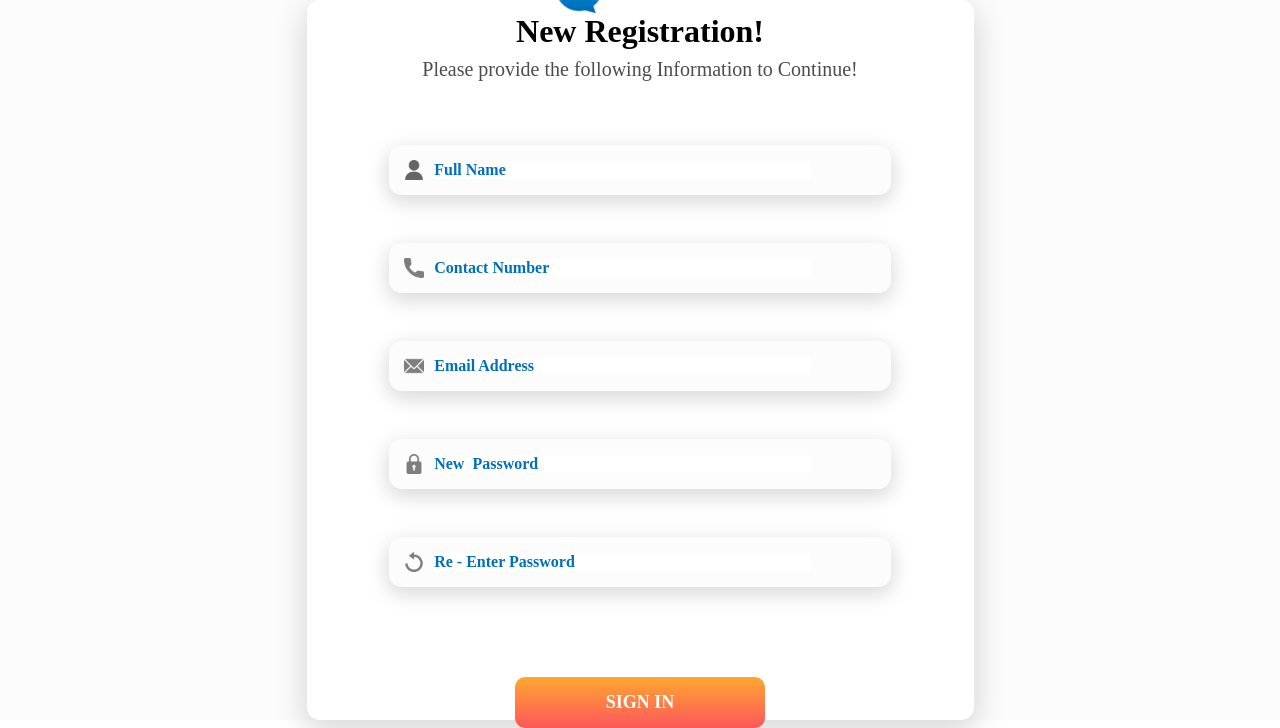
Repository: FlyweisReact/Money-Chat
Page: /register
The author's editor kept a copy of each file at every save. The page is drawn from the files as they stood at one save, then again after the next save.
The browser window is 1280 px wide. The pictures show the whole page.
The project was rebuilt for these pictures with package versions that can differ from the ones it lists, and the page was loaded fresh each time. Also part of the build but not shown: src/forms/Login.jsx.

Above is the page before, as saved 2023-11-29 14:50:00.

### src/index.js
import React from "react";
import ReactDOM from "react-dom/client";
import "./index.css";
import App from "./App";
import { BrowserRouter } from "react-router-dom";
import 'bootstrap/dist/css/bootstrap.min.css'
// Commit Changes
const root = ReactDOM.createRoot(document.getElementById("root"));
root.render(
  <React.StrictMode>
    <BrowserRouter>
      <App />
    </BrowserRouter>
  </React.StrictMode>
);

### src/index.css
/** @format */

@tailwind base;
@tailwind components;
@tailwind utilities;

body {
  margin: 0;
  font-family: Quicksand !important;
  -webkit-font-smoothing: antialiased;
  -moz-osx-font-smoothing: grayscale;
}

code {
  font-family: Quicksand !important;
}

html {
  font-family: Quicksand !important;
}

::-webkit-scrollbar {
  width: 10px;
}
.fa-trash {
  color: red;
  cursor: pointer;
}

.iCOn {
  transition: 0.5s;
  box-shadow: none;
  transform: scale(1);
}
.cardDiv {
  cursor: pointer;
  width: 350px;
}
.CardDiv_Container {
  display: flex;
  flex-wrap: wrap;
  justify-content: center;
}

.cardDiv:hover .iCOn {
  box-shadow: rgba(0, 0, 0, 0.35) 0px 5px 15px;
  transform: scale(1.3);
}

/* Track */
::-webkit-scrollbar-track {
  background: #f1f1f1;
}

/* Handle */
::-webkit-scrollbar-thumb {
  background: #888;
}

/* Handle on hover */
::-webkit-scrollbar-thumb:hover {
  background: #555;
}
.profileImage {
  width: 100px;
}
.fa-eye {
  color: #029aff;
  cursor: pointer;
}
.fa-edit {
  cursor: pointer;
  color: blue;
}

.View {
  border: 1px solid black;
  width: 100%;
  padding: 10px;
}

.main-card--container {
  display: grid;
  grid-template-columns: repeat(3, minmax(300px, 500px));
  grid-gap: 50px;
  justify-content: space-around;
}
.card-container {
  margin: 25px 0 auto;
  box-shadow: rgba(0, 0, 0, 0.35) 0px 5px 15px;
  position: relative;
  display: grid;
  grid-template-columns: 1fr;
  justify-content: space-around;
  align-items: flex-start;
}

.myEdit:focus {
  box-shadow: rgba(0, 0, 0, 0.35) 0px 5px 15px;
}

.AstroLogin {
  color: #fff;
  background-color: #2b7a8e;
  padding: 10px;
  width: 380px;
  text-align: center;
  font-size: 20px;
  background: linear-gradient(to left, #2b7a8e 50%, #fff 50%) right;
  background-size: 200%;
  transition: 0.5s ease-out;
  border: 1px solid #2b7a8e;
  margin-top: 10px;
  text-transform: uppercase;
}
.AstroLogin:hover {
  background-position: left;
  color: #2b7a8e;
}

.EcommerceAdminLogin {
  color: #fff;
  background-color: #0c0c0c;
  padding: 10px;
  width: 380px;
  text-align: center;
  font-size: 20px;
  background: linear-gradient(to left, #0c0c0c 50%, #fff 50%) right;
  background-size: 200%;
  transition: 0.5s ease-out;
  border: 2px solid #0c0c0c;
  margin-top: 10px;
  text-transform: uppercase;
}

.EcommerceAdminLogin:hover {
  background-position: left;
  color: #0c0c0c;
  font-weight: bold;
}
.EcommerceVendorLogin {
  color: #fff;
  background-color: #576cbc;
  padding: 10px;
  width: 380px;
  text-align: center;
  font-size: 20px;
  background: linear-gradient(to left, #576cbc 50%, #fff 50%) right;
  background-size: 200%;
  transition: 0.5s ease-out;
  border: 1px solid #576cbc;
  margin-top: 10px;
  text-transform: uppercase;
}

.EcommerceVendorLogin:hover {
  background-position: left;
  color: #576cbc;
}

.view {
  background-color: #2196f3;
  color: #fff;
  width: 50%;
  padding: 5px;
}

.two-sec {
  display: flex;
  justify-content: space-evenly;
  justify-content: space-evenly;
}
.two-sec .left {
  width: 60%;
  background-color: #f6f1ef;
  padding: 20px;
}
.two-sec .left .head {
  font-size: 25px;
  font-weight: bold;
}

.two-sec .right {
  width: 30%;
  background-color: #f6f1ef;
}

.searchDiv {
  width: 100%;
  display: flex;
  gap: 10px;
  border: 1px solid rgb(179, 179, 179);
  padding: 10px;
  margin-bottom: 20px;
  align-items: center;
}
.searchDiv input {
  width: 94%;
  outline: none;
  border: none;
}

.flexCont {
  display: flex;
  align-items: center;
  gap: 10px;
}
.flexCont img {
  width: 60px;
  background-color: #e9ecef;
}

.blockContent {
  display: block;
}
.blockContent p {
  margin: 0;
}

.checkBox {
  width: 50px;
  height: 25px;
  background-color: #e9ecef;
  border-radius: 50px;
  position: relative;
  cursor: pointer;
}
.checkBox span {
  width: 20px;
  height: 20px;
  border-radius: 100%;
  background-color: #fff;
  position: absolute;
  left: 5px;
  top: 2px;
}
.ActivecheckBox {
  width: 50px;
  height: 25px;
  background-color: #0d6efd;
  border-radius: 50px;
  position: relative;
  cursor: pointer;
}
.ActivecheckBox span {
  width: 20px;
  height: 20px;
  border-radius: 100%;
  background-color: #fff;
  position: absolute;
  right: 5px;
  top: 2px;
}

.fa-eye {
  color: #0cba73;
  background-color: #d6f8e8;
  width: 35px;
  text-align: center;
  height: 35px;
  display: flex;
  border-radius: 100%;
  justify-content: center;
  padding-top: 10px;
  transition: 0.5s;
}

.fa-pen-to-square {
  color: #f4c39c;
  background-color: #ffebdb;
  width: 35px;
  text-align: center;
  height: 35px;
  display: flex;
  border-radius: 100%;
  justify-content: center;
  padding-top: 10px;
  cursor: pointer;
  transition: 0.5s;
}
.fa-trash {
  color: #df939f;
  background-color: #ffe1e8;
  width: 35px;
  text-align: center;
  height: 35px;
  display: flex;
  border-radius: 100%;
  justify-content: center;
  padding-top: 10px;
  cursor: pointer;
  transition: 0.5s;
}
.fa-trash:hover {
  transform: scale(1.2);
}
.fa-eye:hover {
  transform: scale(1.2);
}
.fa-pen-to-square:hover {
  transform: scale(1.2);
}
.required {
  color: #e74260;
}

.headP {
  /* font-weight: 600; */
  /* font-size: 25px; */
  color: #7b7c7d;
}
.filterBox {
  display: flex;
  align-items: center;
  gap: 10px;
  border-bottom: 1px solid #d4d7dc;
  padding-bottom: 20px;
  margin-bottom: 20px;
}
.filterBox img {
  width: 30px;
}
.filterBox input {
  width: 100%;
  border: 1px solid #d4d7dc;
  outline: none;
  padding: 5px;
  color: black;
  text-transform: capitalize;
}
.sectionCont {
  /* width: 98%; */
  background-color: #fff;
  /* margin-left: 2%; */
  padding: 20px;
}

.overFlowCont {
  width: 100%;
  overflow-x: auto;
}

.logo {
  width: 100px;
  margin-bottom: 20px;
}

.updateProfile {
  margin-left: 20px;
  border: 1px solid #fff;
  border-radius: 100%;
  font-size: 1.2rem;
  padding: 10px;
  transition: 0.5s;
  cursor: pointer;
}
.updateProfile:hover {
  border: 1px solid #19376d;
  color: #19376d;
  background-color: #fff;
}

.Normalbtn {
  background-color: #19376d !important;
  border: 1px solid #19376d !important;
  border-radius: 0px !important;
}

.ImageCarousel {
  width: 150px !important;
  margin: 0px !important;
  height: 150px !important;
}
.CarouselImages {
  width: 60px;
  height: auto;
}
.CarouselImages img {
  width: 100% !important;
  height: 100% !important;
}

.ModalCarousel {
  width: 100% !important;
  height: 500px !important;
}
.ModalCarousel {
  width: 100% !important;
  height: 500px !important;
}
.ModalCarousel img {
  width: 100% !important;
  height: 500px !important;
}

.gridCont {
  display: grid;
  grid-template-columns: auto auto auto;
  justify-content: space-evenly;
}
.gridCont div {
  width: 400px;
  height: 300px;
  box-shadow: rgba(0, 0, 0, 0.35) 0px 5px 15px;
  padding: 10px;
  position: relative;
  margin-top: 20px;
}
.gridCont div img {
  width: 100%;
}
.delete-Btn {
  width: 90%;
  margin-left: 2%;
  color: #c44b3f;
  border: 1px solid #c44b3f;
  position: absolute;
  bottom: 10px;
  transition: 0.5s;
  padding: 10px;
}

.delete-Btn:hover {
  background-color: #c44b3f;
  color: #fff;
}

.BannerCarousel {
  width: 300px;
  margin: 0px !important;
}
.BannerCarouselImage {
  width: 300px;
}
.BannerCarouselImage img {
  width: 100%;
}

.pagination {
  display: flex;
  justify-content: center;
  align-items: center;
  gap: 10px;
  margin-bottom: 20px;
}
.pagination button {
  border: 1px solid black;
  padding: 10px;
}

.activePage {
  background-color: #19376d;
  color: #fff;
  border: 1px solid #19376d !important;
}

.active {
  background-color: #fff;
  color: #19376d !important;
}
.prevBtn {
  background-color: #fff;
  color: #19376d;
  border: 1px solid #19376d !important;
  transition: 0.5s;
}

.prevBtn:hover,
.prevBtn:focus,
.prevBtn:active {
  background-color: #19376d;
  color: #fff;
  border: 1px solid #19376d !important;
}
.nextBtn {
  background-color: #fff;
  color: #19376d;
  border: 1px solid #19376d !important;
  transition: 0.5s;
}

.nextBtn:hover,
.nextBtn:focus,
.nextBtn:active {
  background-color: #19376d;
  color: #fff;
  border: 1px solid #19376d !important;
}

.dangerBox {
  position: relative;
}
.dangerBox i {
  position: absolute;
  top: 50%;
  left: 90%;
  transform: translate(-50%, -50%);
  cursor: pointer;
}

.centerImage {
  max-width: 300px;
}
.img-cont {
  display: flex;
  gap: 40px;
  /* justify-content: center; */
  align-items: center;
}

/* ============== user data styling =========*/

.ud2 {
  display: flex;
  justify-content: space-between;
  margin-top: 20px;
}
.ud3 {
  width: 49%;
}
.ud4 {
  width: 49%;
}

.ud4 button {
  background: #c44b3f;
  width: 50%;
  height: 40px;
  border-radius: 4px;
  border: none;
  color: #fff;
}

/* ============ single order styling ================*/

#pdfGen {
  margin: 20px;
}
#pdfGen .Heading-Container {
  display: flex;
  align-items: center;
}
#pdfGen .Heading-Container img {
  width: 100px;
}
#pdfGen .Heading-Container .content {
  width: 80%;
  text-align: center;
}
#pdfGen .Heading-Container .content h2 {
  margin: 0;
  font-weight: bold;
  font-size: 25px;
}
#pdfGen .Heading-Container .content p {
  margin: 0;
  font-size: 14px;
  font-weight: 600;
  color: #a8a1a1;
}

.two-cont {
  display: flex;
  justify-content: space-between;
  padding-top: 10px;
  gap: 20px;
}
.two-cont p {
  margin: 0;
}
.two-cont .left {
  width: 40%;
}
.two-cont .left h6 {
  font-size: 14px;
  font-weight: bold;
}
.two-cont .left .box {
  border: 2px solid black;
  width: 100%;
  padding: 8px;
}
.two-cont .left .box p {
  font-size: 15px;
}
.two-cont .left .box .strong {
  font-weight: bold;
}
.two-cont .left .box p {
  font-weight: 600;
}
.two-cont .right {
  width: 60%;
  border: 2px solid black;
  padding: 10px;
}
.two-cont .right table {
  width: 100%;
  table-layout: fixed;
}
.two-cont .right td {
  font-weight: 900 !important;
  padding: 5px;
}
.bordererd {
  border-right: 2px solid black;
}
#pdfGen .empty {
  background-color: #000;
  height: 2px;
  margin-top: 20px;
}

#pdfGen {
  min-height: 100vh;
  display: flex;
  justify-content: space-between;
  flex-direction: column;
}

#pdfGen .Table {
  width: 100%;
  margin-top: 20px;
}
#pdfGen .Table tbody tr {
  border: 1px solid black;
}
#pdfGen .Table tbody tr td {
  padding: 5px;
  padding-bottom: 10px;
}

#pdfGen .Main_Table {
  display: flex;
  justify-content: flex-end;
  align-items: center;
  padding-top: 10px;
  gap: 50px;
  align-items: center;
}
#pdfGen .Main_Table p {
  font-weight: 900;
}

#pdfGen .below_Div .four-sec {
  display: flex;
  justify-content: space-evenly;
  border-top: 2px solid black;
  border-bottom: 2px solid black;
  padding: 4px;
}
#pdfGen .below_Div .four-sec p {
  margin: 0;
  font-size: 13px;
  text-align: center;
}
#pdfGen .below_Div .four-sec .stronger {
  font-weight: bold;
}

#pdfGen .below_Div .big_Head {
  font-size: 25px;
  background-color: #85827b;
  text-align: center;
  font-weight: bold;
  color: #fff;
  padding: 0;
  margin: 0;
  padding-bottom: 10px;
}
#pdfGen .below_Div .text-cont p {
  margin: 0;
  font-weight: 700;
  font-size: 14px;
  color: #85827b;
}
#pdfGen .below_Div .text-cont {
  text-align: center;
}
#pdfGen .below_Div .text-cont h5 {
  margin: 0;
  font-weight: 900;
}

.so2 {
  width: 100%;
}

.so4 {
  display: flex;
  justify-content: space-between;
}
.so4 p {
  margin: 0;
}

.searchByDate {
  display: flex;
  align-items: center;
  gap: 10px;
  border-bottom: 1px solid #d4d7dc;
  padding-bottom: 20px;
  margin-bottom: 20px;
  flex-wrap: wrap;
  justify-content: space-between;
}
.searchByDate div {
  width: 45%;
  display: flex;
  gap: 20px;
  align-items: center;
}
.searchByDate input {
  border: 1px solid #d4d7dc;
  width: 80%;
  padding: 10px;
  outline: none;
}

.so5 {
  margin-top: 20px;
  width: 98;
  margin-left: 1%;
}

.so5 table {
  width: 100%;
}
.so5 table th,
td {
  font-size: 13px;
  font-weight: 600;
}
.so6 {
  margin-top: 40px;
  margin-left: 65%;
  width: 30%;
}

.so7 {
  display: flex;
  justify-content: space-between;
  width: 80%;
}
.so7 p {
  margin: 0;
}

.downloadBtn {
  background: #0cba73;
  height: 40px;
  color: #fff;
  border-radius: 4px;
  padding: 10px;
}

.Info_Box p {
  margin: 0;
}
.Info_Box .title {
  margin-bottom: 5px;
  font-size: 20px;
  font-weight: 700;
}
.Info_Box .desc {
  border: 1px solid #ced4da;
  padding: 10px;
  border-radius: 5px;
}

.Desc-Container p.title {
  margin-bottom: 0.5rem;
}
.Desc-Container p.desc {
  display: block;
  width: 100%;
  padding: 0.375rem 0.75rem;
  font-size: 1rem;
  font-weight: 400;
  line-height: 1.5;
  color: #212529;
  border: 1px solid #ced4da;
  border-radius: 0.375rem;
  background-color: #e9ecef;
  overflow-wrap: anywhere;
}

.Schedule_Enquiry_Modal {
  background-color: rgb(10, 72, 173);
  color: #fff;
}
.Schedule_Enquiry_Modal .close_btn {
  display: flex;
  justify-content: space-between;
  align-items: center;
}
.Schedule_Enquiry_Modal .close_btn h4 {
  margin: 0;
}
.Schedule_Enquiry_Modal .close_btn i {
  font-size: 20px;
  cursor: pointer;
}

.searchByDate select {
  border: 1px solid #d4d7dc;
  padding: 10px;
  outline: none;
}

/*Chat  */
.chat {
  display: flex;
  gap: 40px;
  align-items: flex-start;
}
.chat .sidebar {
  flex: 0 0 30%;
  max-width: 30%;
  border: 1px solid #ddd;
}
.chat .menu-list .container {
  display: flex;
  gap: 10px;
  align-items: center;
  cursor: pointer;
  border-top: 1px solid #ddd;
  height: 72px;
}
.chat .menu-list .container:hover {
  background-color: #f0f2f5;
}
.chat .menu-list .container.active {
  background-color: #f0f2f5;
}
.chat .menu-list .container:first-child {
  border: none;
}
.chat .menu-list .container img {
  width: 49px;
  height: 49px;
  border-radius: 100%;
  vertical-align: middle;
}
.chat .menu-list .container p {
  font-size: 20px;
  font-weight: 700;
  margin: 0;
  padding-right: 15px;
}

.chat .content {
  flex: 70%;
  max-width: 70%;
}
.chat .chat-box {
  border: 1px solid #ddd;
  padding: 20px;
}
.chat .chat-box .ttt {
  max-height: 500px;
  overflow-y: scroll;
  padding: 20px;
}
.chat .chat-box .img-container {
  display: flex;
  gap: 10px;
  align-items: center;
  cursor: pointer;
  margin-top: 10px;
}
.chat .chat-box .img-container img {
  width: 30px;
  height: 30px;
  border-radius: 100%;
  vertical-align: middle;
}
.chat .chat-box .img-container span {
  font-size: 12px;
  font-weight: 700;
  margin: 0;
}
.chat .chat-box .img-container span .date {
  margin-left: 10px;
}

.chat .chat-box .text {
  font-size: 16px;
  margin: 0;
  padding-top: 10px;
  width: 100%;
}

.chat .chat-box .right {
  display: flex;
  flex-direction: column;
  gap: 5px;
  text-align: right;
}
.chat .chat-box .right .img-container {
  flex-direction: row-reverse;
}

.chat .chat-box .send_button {
  display: flex;
  gap: 20px;
  align-items: center;
  margin-top: 20px;
}

.chat .chat-box .send_button button {
  width: 150px;
  background-color: #1a949f;
  padding: 10px;
  color: #fff;
}
.chat .chat-box .send_button input {
  width: 100%;
  outline: none;
  border: 1px solid #000;
  padding: 10px;
  border-radius: 5px;
}

/* New Code */
.Login_screen {
  background: linear-gradient(
      0deg,
      rgba(238, 238, 238, 0.2) 0%,
      rgba(238, 238, 238, 0.2) 100%
    ),
    #fff;
  display: flex;
  flex-direction: column;
  justify-content: center;
  align-items: center;
  width: 100%;
  height: 100vh;
}
.Login_screen .Login_Container {
  max-width: 667px;
  max-height: 785px;
  width: 100%;
  height: 100%;
  border-radius: 13px;
  background: #fff;
  box-shadow: 0px 10px 30px 3px rgba(0, 0, 0, 0.15);
  padding: 20px;
  padding-bottom: 50px;
  display: flex;
  flex-direction: column;
  justify-content: center;
}
.Login_screen .Login_Container .logo {
  display: block;
  margin: auto;
  width: 166px;
}
.Login_screen .Login_Container .description h6 {
  color: #000;
  text-align: center;
  font-size: 32px;
  font-style: normal;
  font-weight: 700;
  line-height: normal;
}

.Login_screen .Login_Container .description p {
  color: rgba(0, 0, 0, 0.7);
  text-align: center;
  font-size: 20px;
  font-style: normal;
  font-weight: 400;
  line-height: normal;
}

.Login_Container .input_container{
  margin-bottom: 50px;
}
.Login_Container .input_group {
  display: flex;
  gap: 10px;
  align-items: center;
  border-radius: 13px;
  background: rgba(238, 238, 238, 0.2);
  box-shadow: 0px 6px 20px 2px rgba(0, 0, 0, 0.15);
  padding: 15px;
  width: 80%;
  margin: auto;
}
.Login_Container .input_group img {
  width: 20px;
}
.Login_Container .input_group input {
  outline: none;
  border: none;
  color: #0070bc;
  font-size: 16px;
  font-style: normal;
  font-weight: 500;
  line-height: normal;
  font-weight: 600;
  width: 80%;
}
.Login_Container .input_group input::placeholder {
  color: #0070bc;
  font-weight: 600;
}

.Login_Container .login_btn {
  max-width: 250px;
  width: 100%;
  display: block;
  margin: auto;
  margin-top: 40px;
  color: #fff;
  text-align: center;
  font-size: 18px;
  font-style: normal;
  font-weight: 600;
  line-height: normal;
  border-radius: 10px;
  background: linear-gradient(180deg, #fea82f 0%, #fd575b 100%);
  padding: 15px;
}

.Login_Container .create_new {
  display: flex;
  justify-content: center;
  gap: 20px;
  align-items: center;
  margin-top: 50px;
}

.Login_Container .create_new .item {
  display: flex;
  gap: 10px;
  align-items: center;
  width: 300px;
  justify-content: center;
}
.Login_Container .create_new .item img {
  width: 20px;
}
.Login_Container .create_new .item span {
  color: rgba(0, 0, 0, 0.7);
  text-align: center;
  font-size: 16px;
  font-style: normal;
  font-weight: 600;
  line-height: normal;
}

.Login_Container .create_new .item:first-child {
  border-right: 2px solid #000;
  padding-right: 10px;
}

.Login_Container a{
  text-decoration: none;
}

### src/App.js
/** @format */

import { Routes, Route } from "react-router-dom";
import { ToastContainer } from "react-toastify";
import "react-toastify/dist/ReactToastify.css";
import Login from "./forms/Login";
import Regestration from "./forms/Regestration";

function App() {
  return (
    <>
      <ToastContainer
        autoClose={5000}
        hideProgressBar={false}
        newestOnTop={false}
        closeOnClick
        rtl={false}
        pauseOnFocusLoss
        draggable
        pauseOnHover
      />

      <Routes>
        <Route path="/" element={<Login />} />
        <Route path="/register" element={<Regestration />} />
      </Routes>
    </>
  );
}

export default App;

### src/forms/Regestration.js
/** @format */

import { Link } from "react-router-dom";
import logo from "../Images/logo.png";

const Regestration = () => {
  return (
    <div className="Login_screen">
      <form className="Login_Container ">
        <img src={logo} alt="" className="logo" />

        <div className="description">
          <h6>New Registration! </h6>
          <p>Please provide the following Information to Continue!</p>
        </div>

        <div className="input_container">
          <div className="input_group mt-5">
            <img src="./Image/1.png" alt="" />
            <input type="text" placeholder="Full Name" />
          </div>
          <div className="input_group mt-5">
            <img src="./Image/5.png" alt="" />
            <input type="text" placeholder="Contact Number" />
          </div>
          <div className="input_group mt-5">
            <img src="./Image/6.png" alt="" />
            <input type="text" placeholder="Email Address" />
          </div>
          <div className="input_group mt-5">
            <img src="./Image/7.png" alt="" />
            <input type="text" placeholder="New  Password" />
          </div>
          <div className="input_group mt-5">
            <img src="./Image/8.png" alt="" />
            <input type="text" placeholder="Re - Enter Password" />
          </div>
        </div>

        <button className="login_btn">SIGN IN</button>
      </form>
    </div>
  );
};

export default Regestration;

Loaded but not shown: tailwind.config.js (common file)

After the next save:
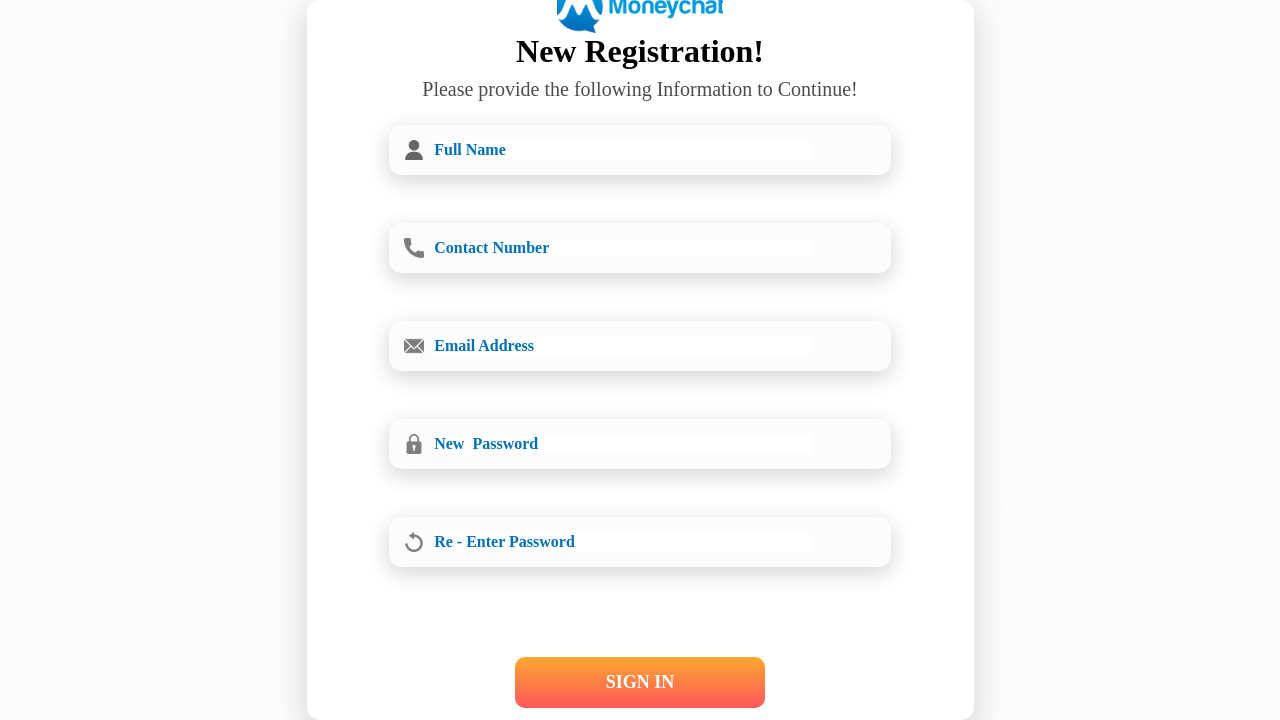
Saved 22 s later.
--- a/src/forms/Regestration.js
+++ b/src/forms/Regestration.js
@@ -15,7 +15,7 @@
         </div>
 
         <div className="input_container">
-          <div className="input_group mt-5">
+          <div className="input_group mt-2">
             <img src="./Image/1.png" alt="" />
             <input type="text" placeholder="Full Name" />
           </div>
